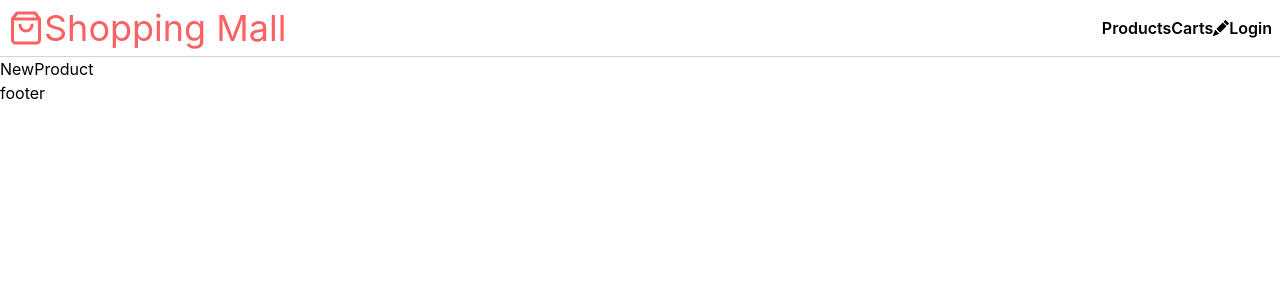
Repository: dnjfht/shopping_mall
Page: /products/new
The author's editor kept a copy of each file at every save. The page is drawn from the files as they stood at one save, then again after the next save.
The browser window is 1280 px wide. The pictures show the whole page.
The project was rebuilt for these pictures with package versions that can differ from the ones it lists, and the page was loaded fresh each time. Also part of the build but not shown: src/App.css, src/pages/Home.jsx, src/pages/AllProducts.jsx, src/pages/ProductDetail.jsx, src/pages/NotFound.jsx, src/pages/MyCart.jsx.

Above is the page before, as saved 2023-03-05 20:57:26.

### public/index.html
<!DOCTYPE html>
<html lang="en">
  <head>
    <meta charset="utf-8" />
    <link rel="icon" href="%PUBLIC_URL%/favicon.ico" />
    <meta name="viewport" content="width=device-width, initial-scale=1" />
    <meta name="theme-color" content="#000000" />
    <meta
      name="description"
      content="Web site created using create-react-app"
    />
    <link rel="apple-touch-icon" href="%PUBLIC_URL%/logo192.png" />
    <!--
      manifest.json provides metadata used when your web app is installed on a
      user's mobile device or desktop. See https://developers.google.com/web/fundamentals/web-app-manifest/
    -->
    <link rel="manifest" href="%PUBLIC_URL%/manifest.json" />
    <!--
      Notice the use of %PUBLIC_URL% in the tags above.
      It will be replaced with the URL of the `public` folder during the build.
      Only files inside the `public` folder can be referenced from the HTML.

      Unlike "/favicon.ico" or "favicon.ico", "%PUBLIC_URL%/favicon.ico" will
      work correctly both with client-side routing and a non-root public URL.
      Learn how to configure a non-root public URL by running `npm run build`.
    -->
    <title>Shopping Mall</title>
  </head>
  <body>
    <noscript>You need to enable JavaScript to run this app.</noscript>
    <div id="root"></div>
    <!--
      This HTML file is a template.
      If you open it directly in the browser, you will see an empty page.

      You can add webfonts, meta tags, or analytics to this file.
      The build step will place the bundled scripts into the <body> tag.

      To begin the development, run `npm start` or `yarn start`.
      To create a production bundle, use `npm run build` or `yarn build`.
    -->
  </body>
</html>

### src/index.js
import React from "react";
import ReactDOM from "react-dom/client";
import "./index.css";
import App from "./App";
import reportWebVitals from "./reportWebVitals";

import { createBrowserRouter, RouterProvider } from "react-router-dom";
import Home from "./pages/Home";
import AllProducts from "./pages/AllProducts";
import NewProduct from "./pages/NewProduct";
import ProductDetail from "./pages/ProductDetail";
import NotFound from "./pages/NotFound";
import MyCart from "./pages/MyCart";

const router = createBrowserRouter([
  {
    path: "/",
    element: <App />,
    errorElement: <NotFound />,
    children: [
      { index: true, path: "/", element: <Home /> },
      { path: "/products", element: <AllProducts /> },
      {
        path: "/products/new",
        element: <NewProduct />,
      },
      {
        path: "/products/:id",
        element: <ProductDetail />,
      },
      {
        path: "/carts",
        element: <MyCart />,
      },
    ],
  },
]);

const root = ReactDOM.createRoot(document.getElementById("root"));
root.render(
  <React.StrictMode>
    <RouterProvider router={router} />
  </React.StrictMode>
);

// If you want to start measuring performance in your app, pass a function
// to log results (for example: reportWebVitals(console.log))
// or send to an analytics endpoint. Learn more: https://bit.ly/CRA-vitals
reportWebVitals();

### src/index.css
@tailwind base;
@tailwind components;
@tailwind utilities;

body {
  margin: 0;
  font-family: -apple-system, BlinkMacSystemFont, "Segoe UI", "Roboto", "Oxygen",
    "Ubuntu", "Cantarell", "Fira Sans", "Droid Sans", "Helvetica Neue",
    sans-serif;
  -webkit-font-smoothing: antialiased;
  -moz-osx-font-smoothing: grayscale;
  @apply flex flex-col items-center;
}

#root {
  @apply w-full max-w-screen-2xl;
}

code {
  font-family: source-code-pro, Menlo, Monaco, Consolas, "Courier New",
    monospace;
}

### src/App.js
import "./App.css";
import Header from "./components/Header";
import Footer from "./components/Footer";
import { Outlet } from "react-router-dom";

function App() {
  return (
    <div>
      <Header />
      <Outlet />
      <Footer />
    </div>
  );
}

export default App;

### src/pages/NewProduct.jsx
import React from "react";

export default function NewProduct() {
  return <div>NewProduct</div>;
}

### src/components/Header.jsx
import React from "react";
import { Link } from "react-router-dom";
import { FiShoppingBag } from "react-icons/fi";
import { BsFillPencilFill } from "react-icons/bs";

export default function Header() {
  return (
    <header className="flex justify-between border-b border-gray-300 p-2">
      <Link to="/" className="flex items-center text-4xl text-brand">
        <FiShoppingBag />
        <h1>Shopping Mall</h1>
      </Link>
      <nav className="flex items-center grap-4 font-semibold">
        <Link to="/products">Products</Link>
        <Link to="/carts">Carts</Link>
        <Link to="/products/new">
          <BsFillPencilFill />
        </Link>
        <button>Login</button>
      </nav>
    </header>
  );
}

### src/components/Footer.jsx
import React from "react";

export default function Footer() {
  return <div>footer</div>;
}

### tailwind.config.js
/** @type {import('tailwindcss').Config} */
module.exports = {
  content: ["./src/**/*.{js,jsx}"],
  theme: {
    extend: {
      colors: {
        brand: "#F96162",
      },
    },
  },
  plugins: [],
};

Loaded but not shown: src/reportWebVitals.js (common file)

After the next save:
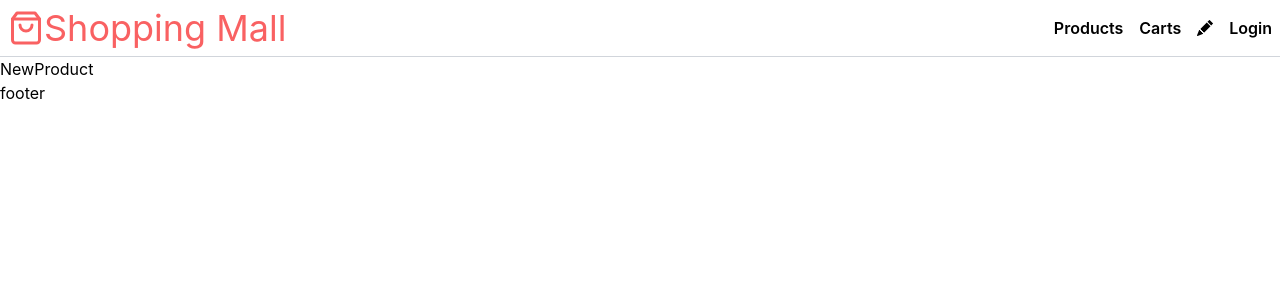
Saved 21 s later.
--- a/src/components/Header.jsx
+++ b/src/components/Header.jsx
@@ -10,7 +10,7 @@ export default function Header() {
         <FiShoppingBag />
         <h1>Shopping Mall</h1>
       </Link>
-      <nav className="flex items-center grap-4 font-semibold">
+      <nav className="flex items-center gap-4 font-semibold">
         <Link to="/products">Products</Link>
         <Link to="/carts">Carts</Link>
         <Link to="/products/new">
